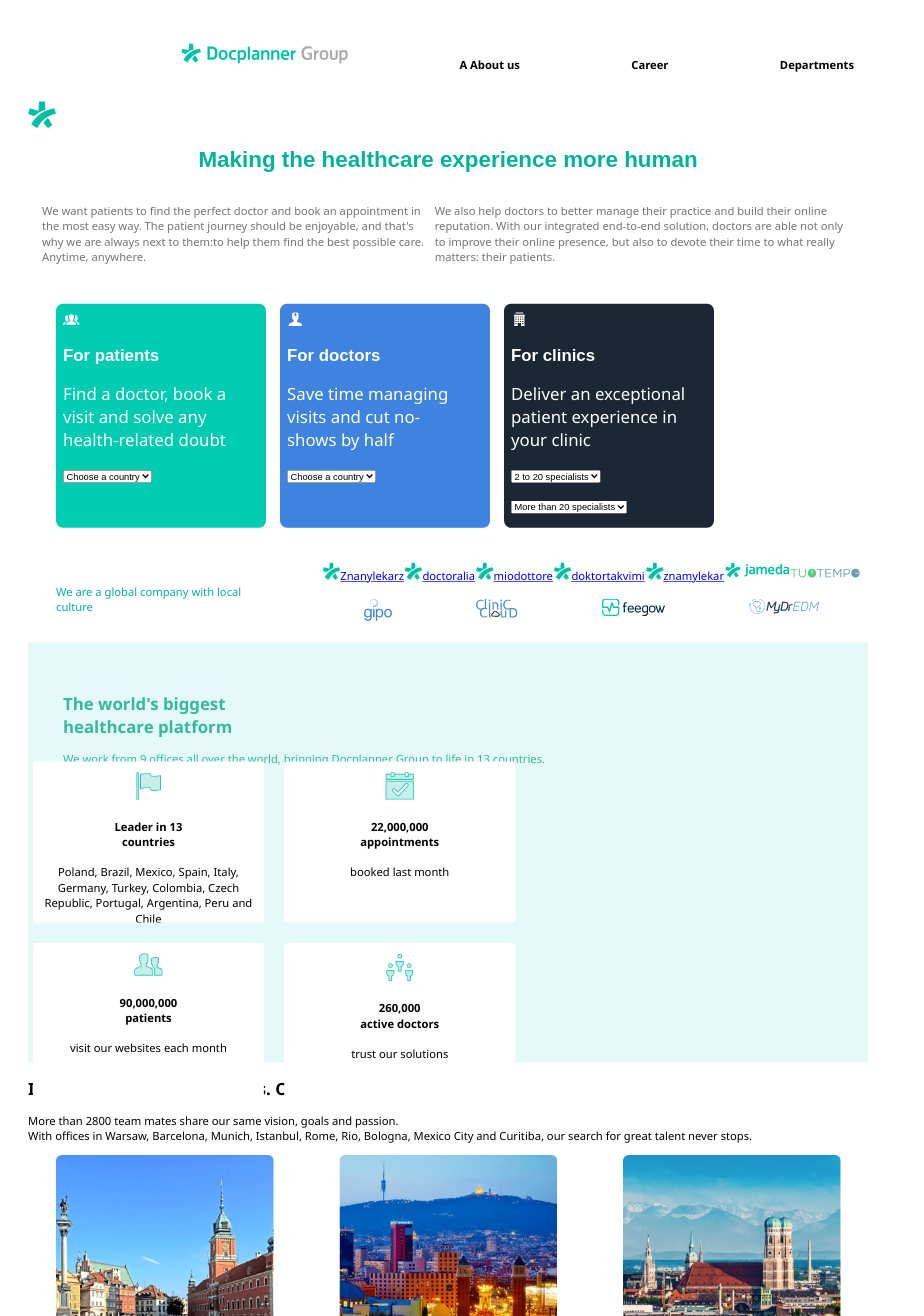
Repository: awa-creator/Checkpoint4
Page: doc.html
These files come from the project's save history. The page is drawn as it stood at one moment and after the next save; the edit follows.
The browser window is 1280 px wide. The page is 1320 px wide, so the pictures cover 1320 px, including what lies to the right of the window. The pictures show the part of the page from y = 0 to 1880 px (the page is 3539 px tall before and 3571 px after), at 70% of full size.

Above is the page before, as saved 2024-09-23 02:43:53.

### doc.html
<!DOCTYPE html>
<html lang="en">
<head>
    <meta charset="UTF-8">
    <meta name="viewport" content="width=device-width, initial-scale=1.0">
    <title>Document</title>
    <link rel="stylesheet" href="style1.css">

</head>

<body>
        <header class="Doc_header" >
            <ul class="nav_menu"></ul>
            <img src="image/imagdocplanner/logo-default-group-en.svg" alt="logo" width="238px" height="33px">
            <h4>A About us</h4>
        <h4> Career</h4>
        <h4>Departments</h4>
    </ul>
</header>
    <section class="Introduction">
        <div class="intrologo">
            <img src="image/imagdocplanner/sygnet.png" alt=""></div>
               <h1 class="tittle_intro" >Making the healthcare experience more human</h1>
        <div class="intro_text">
        <p class="ipara1">We want patients to find the perfect doctor and book an appointment in the most easy way. The patient journey should be enjoyable, and that's why we are always next to them:to help them find the best possible care. Anytime, anywhere.</p>
        <p class="ipara2"> We also help doctors to better manage their practice and build their online reputation. With our integrated end-to-end solution, doctors are able not only to improve their online presence, but also to devote their time to what really matters: their patients.</p>
        </div>
        </section>
        <section class="box">
            <div class="boxp">
                <img src="image/imagdocplanner/icon-patients.svg" alt="">
                <h2 class="text">For patients</h2> <p class="boxtext">Find a doctor, book a <br> visit and solve any <br> health-related doubt</p>
             <div class="">
   <select name="selectp" id="">
    <option value="">Choose a country</option>
    <option value="">Tunisia</option>
    <option value="">Morocco</option>
    <option value="">Senegal</option>
    <option value="">England</option>
    <option value="">Sweden</option>
    <option value="">France</option>
    <option value="">Saudi Arabia</option>
    <option value="">Japan</option>
   </select>
             </div>
            </div>
            <div class="boxd">
                <img src="image/imagdocplanner/icon-doctors.svg" alt=""> <h2 class="text">For doctors</h2> <p class="boxtext">Save time managing <br>visits and cut no- <br>shows by half</p>
            <div class="selectd">
                <select name="" id="">
                    <option value="">Choose a country</option>
                    <option value="">Argentina</option>
                    <option value="">Brazil</option>
                    <option value="">Chili</option>
                    <option value="">Colombia</option>
                    <option value="">Czech</option>
                    <option value="">Germany</option>
                    <option value="">Italy</option>
                    <option value="">Mexico</option>
                    <option value="">Peru</option>
                    <option value="">Poland</option>
                    <option value="">Spain</option>
                    <option value="">Turkey</option>
                   </select>
            </div>
            </div>
            <div class="boxc">
                <img src="image/imagdocplanner/icon-clinics.svg" alt=""> <h2 class="text">For clinics</h2> <p class="boxtext">Deliver an exceptional <br> patient experience in <br> your clinic</p>
            <select name="" id="">
                <option value="">2 to 20 specialists</option>
                    <option value="">Brazil</option>
                    <option value="">Czech</option>
                    <option value="">Germany</option>
                    <option value="">Italy</option>
                    <option value="">Mexico</option>
                    <option value="">Poland</option>
                    <option value="">Spain</option>
                    <option value="">Turkey</option>
            </select> <br><br>
            <select name="" id="">
                <option value="">More than 20 specialists</option>
                <option value="">Brazil</option>
                <option value="">Italy</option>
                <option value="">Mexico</option>
                <option value="">Poland</option>
                <option value="">Spain</option>
            </select>
            </div>
        </section>
        <section class="brand_section">
            <p class="brand_intro"> We are a global company  with local culture </p>
            <ul class="brand_logo">
            <a class="bl" href="https://www.znanylekarz.pl/" ><img class="im" src="image/imagdocplanner/sygnet.png" alt="">Znanylekarz</a>
            <a class="bl" href="https://www.doctoralia.es/"><img class="im" src="image/imagdocplanner/sygnet.png" alt="">doctoralia</a>
            <a class="bl" href="https://www.miodottore.it/"><img class="im" src="image/imagdocplanner/sygnet.png" alt="">miodottore</a>
            <a class="bl" href="https://www.doktortakvimi.com/"><img class="im" src="image/imagdocplanner/sygnet.png" alt="">doktortakvimi</a>
            <a class="bl" href="href=https://www.znamylekar.cz/"><img class="im" src="image/imagdocplanner/sygnet.png" alt="">znamylekar</a>
            <a class="bl" href="https://www.jameda.de/"><img class="jameda" src="image/imagdocplanner/logo-jameda.svg" alt=""></a>
            <a href="https://tuotempo.com/powered-by-tuotempo"><img class="tuotempo" src="image/imagdocplanner/logo-tuotempo.svg" alt="" width="140px" height="30px"></a>
            <a href="https://gipo.it/?redirect_origin=www.gipo.it"><img class="gipo" src="image/imagdocplanner/logo-gipo-primary.svg" alt=""></a>
            <a href="href=https://clinic-cloud.com/"><img class="clinic" src="image/imagdocplanner/logo-clinicloud.svg" alt=""></a>
            <a  href="href=https://feegowclinic.com.br/"><img class="feegowclinic"  src="image/imagdocplanner/logo-feegow.svg" alt=""></a>
            <a  href="href=https://mydr.pl/welcome/"><img class="mydr" src="image/imagdocplanner/my-dr-edm-logo.svg" alt="" ></a>
        </ul>
    </section>
        <section class="platform">
            <div class="plat">
            <h1> The world's biggest <br>healthcare platform</h1>
<p>We work from 9 offices all over the world, bringing Docplanner Group to life in 13 countries.</p></div>
       <div class="logsynget"> <img class="logosy" src="image/imagdocplanner/sygnet.png" alt=""></div>


                     <div class="grid">
                <div class="column1">
                    <img src="image/imagdocplanner/flag.png" alt=""> <h4>Leader in 13 <br>countries</h4> <p>Poland, Brazil, Mexico, Spain, Italy, Germany, Turkey, Colombia, Czech Republic, Portugal, Argentina, Peru and Chile</p>
                        </div>
                 <div class="column2">
                    <img src="image/imagdocplanner/visits.png" alt=""> <h4>22,000,000 <br>appointments</h4><p>booked last month</p>
                        </div>
                 <div class="column1">
                    <img src="image/imagdocplanner/patients.png" alt=""><h4>90,000,000 <br>patients</h4><p>visit our websites each month</p>
                        </div>
                <div class="column2">
                    <img src="image/imagdocplanner/doctors.png" alt=""><h4>260,000 <br>active doctors</h4> <p>trust our solutions</p>
                        </div>
                    </div>

        </section>
        <section class="contries">
            <h1>Improve the lives of millions. Change yours forever.</h1>
            <p> More than 2800 team mates share our same vision, goals and passion. <br>With offices in Warsaw, Barcelona, Munich, Istanbul, Rome, Rio, Bologna, Mexico City and Curitiba, our search for great talent never stops. </p>
        </section>
       <section>
            <ul class="picture" >
     <li class="contry1">
        <img class="coun" src="image/imagdocplanner/warsaw.png" alt=""><div class="count">Warsaw <a href="#">SEE OPENINGS</a></div></li>
<li class="country2">
<img class="coun"  src="image/imagdocplanner/barcelona.png" alt=""><div class="count">Barcelona <a href="#" target="_blank" rel="noopener noreferrer">SEE OPENINGS</a></div>
</li>
<li class="country3">
<img class="coun" src="image/imagdocplanner/munich.png" alt=""><div class="count">Munich <a href="#" target="_blank" rel="noopener noreferrer">SEE OPENINGS</a></div>
</li>
<li class="country3">
<img class="coun" src="image/imagdocplanner/istanbul.png" alt=""> <div class="count">Istanbul <a href="#" target="_blank" rel="noopener noreferrer">SEE OPENINGS</a></div>
</li>
<li class="country4">
<img class="coun" src="image/imagdocplanner/rome.png" alt=""><div class="count">Rome<a href="#" target="_blank" rel="noopener noreferrer">SEE OPENINGS</a></div>
</li>
<li class="country5">
<img class="coun" src="image/imagdocplanner/bologna.png" alt=""><div class="count">Bologna<a href="#" target="_blank" rel="noopener noreferrer">SEE OPENINGS</a></div>
</li>
<li class="country6">
    <img class="coun" src="image/imagdocplanner/curitiba.png" alt=""><div class="count">Curitiba<a href="#" target="_blank" rel="noopener noreferrer">SEE OPENINGS</a></div>
    </li>
    <li class="country7">
        <img class="coun" src="image/imagdocplanner/rio-janeiro.png" alt=""><div class="count">Rio De Janeiro<a href="#" target="_blank" rel="noopener noreferrer">SEE OPENINGS</a></div>
        </li>
        <li class="country8">
            <img class="coun" src="image/imagdocplanner/mexico-city.png" alt=""><div class="count">Mexico City<a href="#" target="_blank" rel="noopener noreferrer">SEE OPENINGS</a></div>
            </li>
            <li class="country9">
                <img class="coun" src="image/imagdocplanner/bogota.png" alt="" ><div class="count">Bogota<a href="#" target="_blank" rel="noopener noreferrer">SEE OPENINGS</a></div>
                </li>
                <li class="country10">
                    <img class="coun" src="image/imagdocplanner/amsterdam.png" alt=""><div class="count">Amsterdam<a href="#" target="_blank" rel="noopener noreferrer">SEE OPENINGS</a></div>
                    </li>
                </ul>
            </section>
<section>
    <p class="conclu"> Sounds interesting? Join us now!</p>
    <div class="finish"><a href="" target="_blank" rel="noopener noreferrer">SEE ALL CURRENT OPENINGS</a></div>
</section>



</body>
<footer> <hr>
    <p class="end">We are leaders in 13 countries: Poland,Turkey, Spain, Italy, Germany, Czech Republic, Portugal, Mexico, Colombia, Brazil, Argentina, Peru and Chile
    <br>www.docplanner.com © 2024 </p>

</footer>
</html>

### style1.css
body{
    font-family: 'Segoe UI', Tahoma, Geneva, Verdana, sans-serif;
    padding: 10px;
    margin: 30px;
}
.Doc_header{
    display: inline;
    position: sticky;
    padding: 10px;
    margin: 10px;
    display: flex;
    justify-content: space-between;
}
.doc_logo{
    display: flex;
    align-content: flex-start;
}
.nav_menu{
    display: flex;
    justify-content: space-between;
}
.intrologo{
align-content: center;
    width:40px;
    height: 39px;
}
.tittle_intro{
text-align: center;
color:#00b39b;
font-size:2em;
font-family:Arial, Helvetica, sans-serif;
}
.intro_text{
    display: flex;
    justify-content: space-around;
    color:#747474;
    font-family: system-ui, -apple-system, BlinkMacSystemFont, 'Segoe UI', Roboto, Oxygen, Ubuntu, Cantarell, 'Open Sans', 'Helvetica Neue', sans-serif;
    font-size: 16px;
    margin:20px;
}
.box{
    display: flex;
    margin: 30px;
    width: 80%;
    flex-direction: row;
    justify-content: space-between;
    align-content:space-between;

}

.boxp{
    background-color:#00ccb1;
   padding: 10px;
   border-radius: 10px;
   color: white;
   margin: 10px;
   height: 300px;
   flex-basis: 48%;
   width: 20%;
   padding: 10px;
}
.boxd{
    background-color:#3d83df ;
   padding: 10px;
   border-radius: 10px;
   color: white;
   margin: 10px;
   height: 300px;
   flex-basis: 48%;
   width:20%;
}
.boxc {
    background-color:#1b2734;
    padding: 10px;
    border-radius: 10px;
    color: white;
    margin: 10px;
    height: 300px;
    flex-basis: 48%;
    width:20%;
}
.text{
    font-family: Arial, Helvetica, sans-serif;
}
.boxtext{

    font-size: 24px;
}
.selectp{
    background-color: none;
}
.brand_intro{
    display: flex;
    justify-content: space-between;
    color: #00b39b;
    float: left;
    width: 33%;
    padding: 20px;
    margin: 20px;
    size: 50px;
}
.brand_section{
    display: flex;
    justify-content: space-between;
}
.brand_logo{
    display: flex;
    flex-wrap: wrap;
    justify-content: space-around;
    margin: 10px;
}
.im{
    height: 25px;
    width:25px;
   color:#747474;
}
.tuotempo{
    width: 100px;
}
.gipo{
    width: 40px;
}
.clinic{
    width: 60px;
}
.feegowclinic{
    width: 90px;
}
.mydr{
    width: 100px;
}
.mydr{
    color: #747474;
}
.platform{
    background-color:#e5faf8;
    display:flex;
    justify-content: space-between;
    flex-direction: column;
    height: 600px;
}

.plat{
    padding: 20px;
    width: 100%;
    color:#34b99d;
    max-width: 1100px;
    margin: 0 auto;
    padding: 0 20px;
    margin-top: 50px;
}
.logosy{
    padding-left: 50px;
    padding-top: 50px;
}
.logsynget{
    position: absolute;
    padding-top: 200px;
    width: 100%;
    height: 100%;
    overflow: hidden;
    clip-path: inset(0 0 25% 0);
}
.grid{
    display:flex;
    display: grid;
    grid-template-columns: repeat(2, 2fr);
    gap: 15px;
    width: 100%;
    max-width: 350px;
    position: relative;
    flex-wrap: wrap;
}

.column1,.column2{
     justify-content: space-between;
    flex-wrap: wrap;
    height: 200px;
    margin: 7px;
    width: 300px;;
    background-color:#FFF;
    padding: 15px;
    border-radius: 5px;
    text-align: center;
    overflow: hidden;
    transform: translateY(-30px);
}

.contries{
    justify-content: center;
}
.picture{
    display: grid;
    grid-template-columns: repeat(3, 400px);
    grid-template-rows: repeat(3, 400px);
    list-style-type: none;
    grid-gap: 5px;
    margin: auto;
}
.coun{
    border-radius: 8px;
    width: 311px;
    height:280px;
}

.count a{
    width: 70px;
    height: 15px;
    left: 200px;
    top: -50px;
    background-color: #2c7de7;
    color: white;
    font-size: .625rem;
    padding: 1em 1.5em;
    border-radius: 4px;
    bottom: px;
}
.count,.count a{
    margin: 20px;
    padding: 10px;
}
.conclu{
font-size: 30px ;
}
.finish{
    width: 70px;
    height: 30px;
    left: 250px;
    top: -50px;
    background-color: #2c7de7;
    color: white;
    font-size: .625rem;
    padding: 25px;
    border-radius: 4px;
    bottom: px;
}
.end{
    color: #747474;
    text-align: center;
}

After the next save:
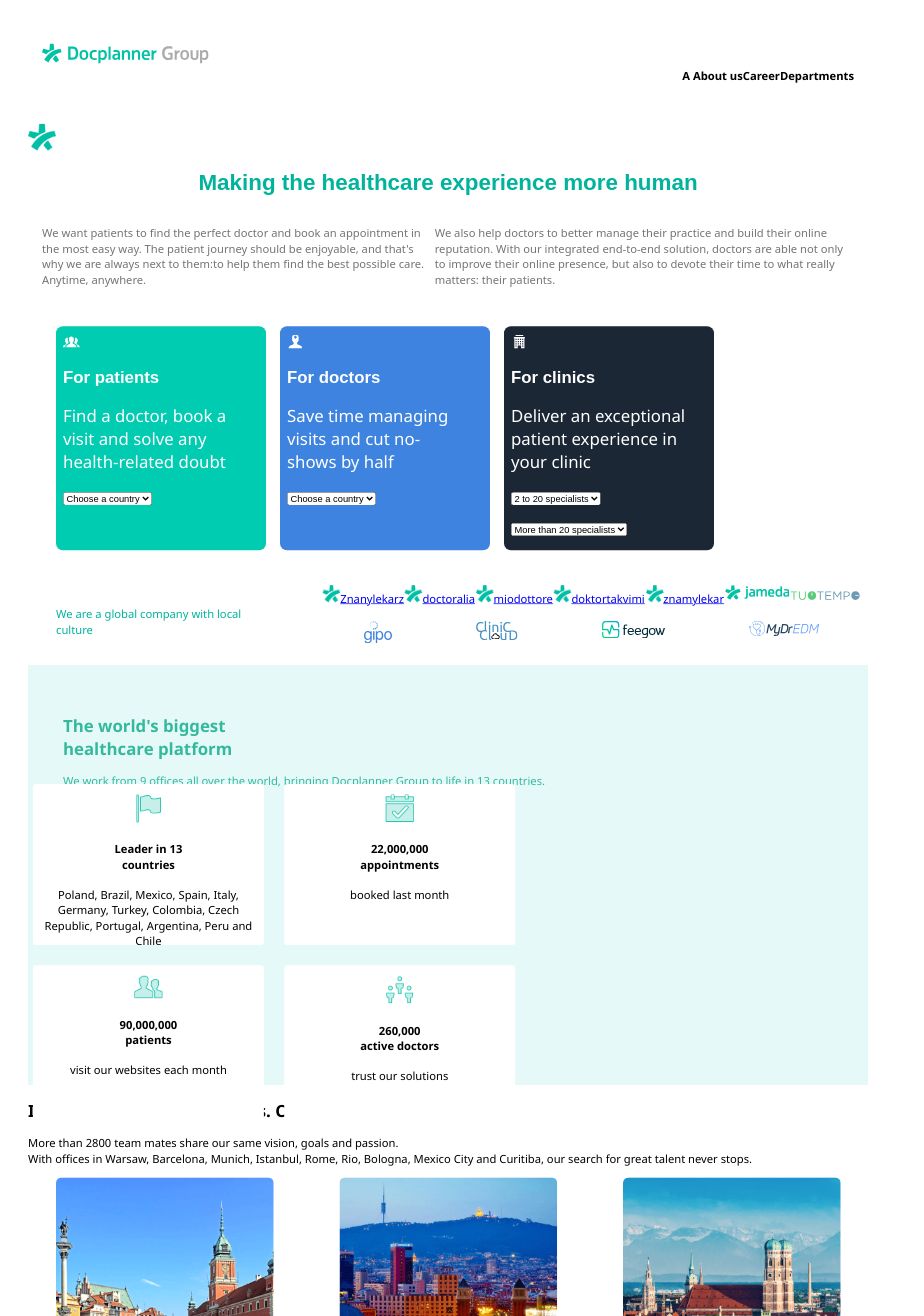
Saved 28 s later.
--- a/doc.html
+++ b/doc.html
@@ -10,8 +10,8 @@
 
 <body>
         <header class="Doc_header" >
-            <ul class="nav_menu"></ul>
-            <img src="image/imagdocplanner/logo-default-group-en.svg" alt="logo" width="238px" height="33px">
+            <img class="doc_logo" src="image/imagdocplanner/logo-default-group-en.svg" alt="logo" width="238px" height="33px">
+            <ul class="nav_menu">
             <h4>A About us</h4>
         <h4> Career</h4>
         <h4>Departments</h4>
